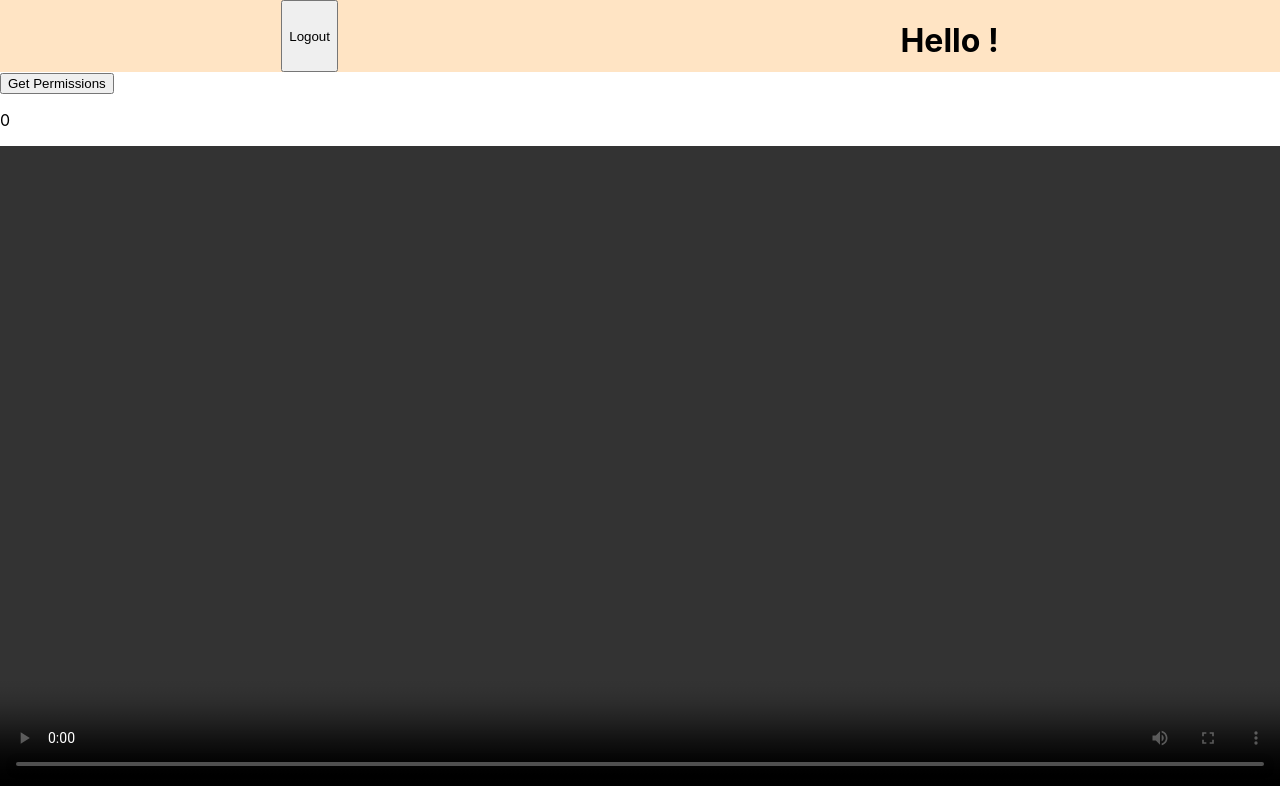
Repository: drumsmanku/test-1
Page: /recording (app in client/)
The author's editor kept a copy of each file at every save. The page is drawn from the files as they stood at one save, then again after the next save.
The browser window is 1280 px wide. The pictures show the whole page.
The project was rebuilt for these pictures with package versions that can differ from the ones it lists, and the page was loaded fresh each time. Also part of the build but not shown: client/src/App.css, client/src/Components/Login/Login.module.css, client/src/Components/Login/Login.js, client/src/Components/Register/Register.module.css, client/src/Components/Register/Register.js.

Above is the page before, as saved 2023-08-31 18:58:30.

After the next save:
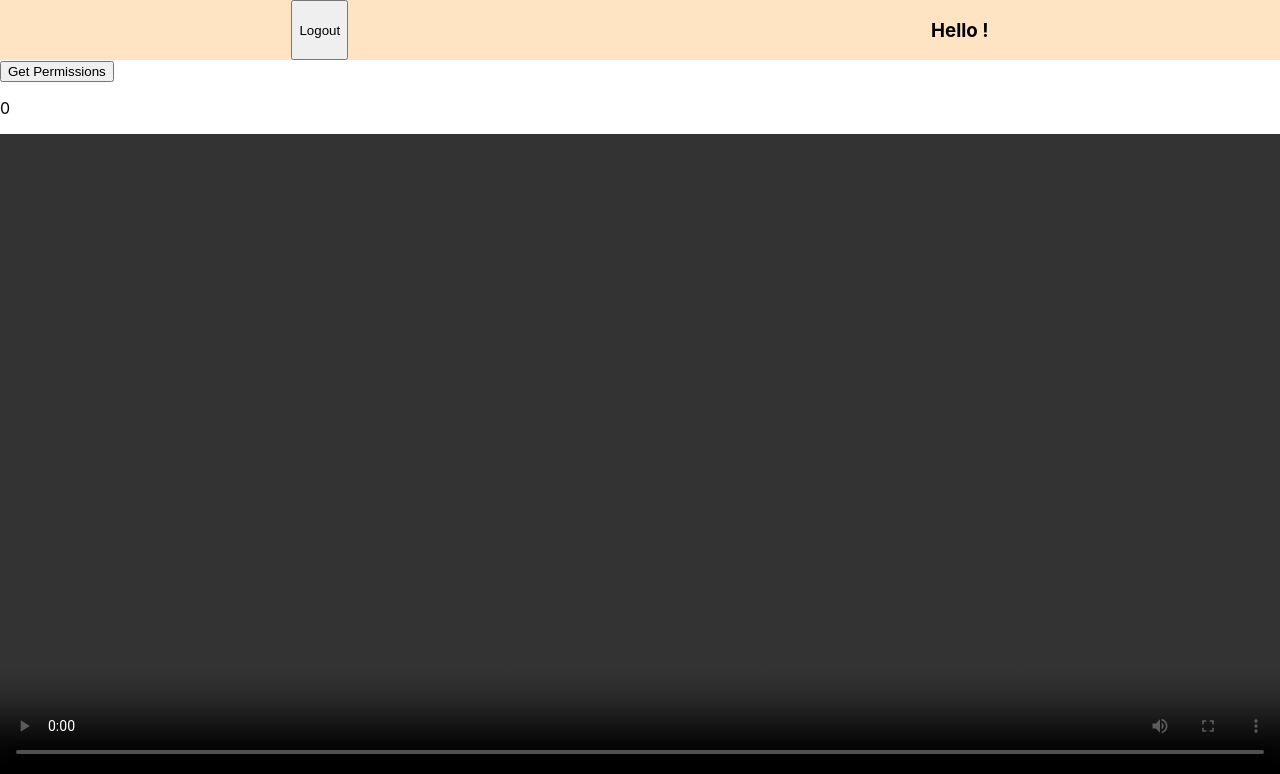
Saved 20 s later.
--- a/client/src/Components/Recording/Recording.js
+++ b/client/src/Components/Recording/Recording.js
@@ -81,7 +81,7 @@ function Recording() {
     <div className={styles.container}>
       <div className={styles.navbar}>
         <button onClick={handleLogout}>Logout</button>
-        <h1>Hello {existingUser} ! </h1>
+        <h3>Hello {existingUser} ! </h3>
       </div>
       <div className={styles.bottomBody}>
         <button onClick={handlePermissions}>Get Permissions</button>
